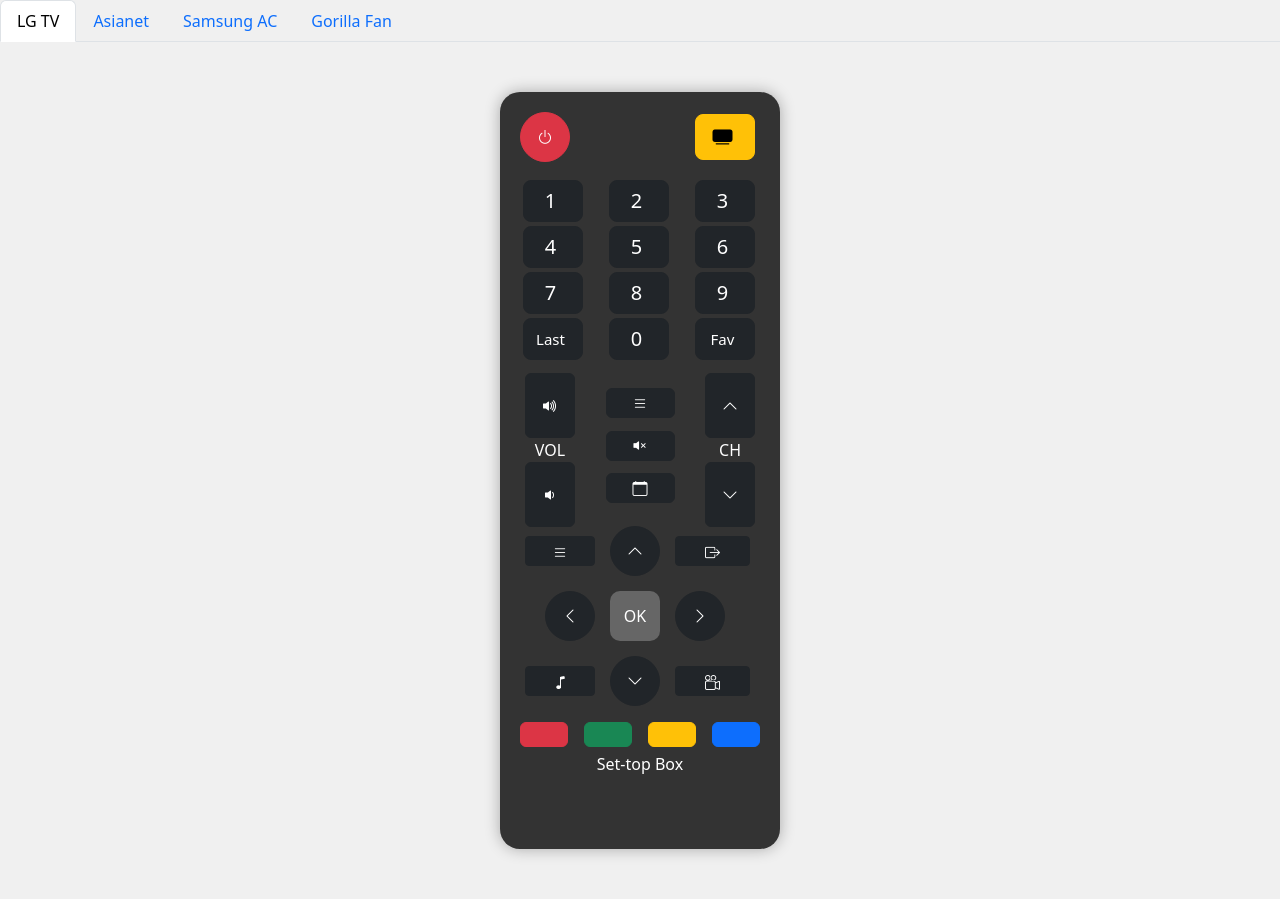
Repository: manumohan/custom-remote
Page: data/index.html
An editor plug-in stored every save of this project. The page is shown before and after the next save, followed by the edit.
The browser window is 1280 px wide. The pictures show the whole page.

Above is the page before, as saved 2024-09-08 21:10:43.

### data/index.html
<!DOCTYPE html>
<html lang="en">

<head>
  <meta charset="UTF-8">
  <meta name="viewport" content="width=device-width, initial-scale=1.0">
  <title>Remote Control</title>
  <link href="https://cdn.jsdelivr.net/npm/bootstrap@5.3.0-alpha1/dist/css/bootstrap.min.css" rel="stylesheet">
  <link href="https://cdn.jsdelivr.net/npm/bootstrap-icons/font/bootstrap-icons.css" rel="stylesheet">
  <style>
    body {
      background-color: #f0f0f0;
      text-align: center;
    }

    .remote-control {
      display: flex;
      flex-direction: column;
      align-items: center;
      background-color: #333;
      padding: 20px;
      border-radius: 20px;
      width: 280px;
      margin: 50px auto;
      box-shadow: 0 0 15px rgba(0, 0, 0, 0.3);
    }

    .btn-lg {
      padding: 5px 5px 5px 0px;
      width: 60px;
      margin: 2px 5px 2px 3px;
    }

    .fnt-15 {
      font-size: 15px;
    }

    .btn-sp4 {
      padding: 0px;
      width: 60px;
      margin: 2px 2px 0px 2px;
      font-size: 11px;
      height: 30px;
    }

    .btn-sp3 {
      padding: 0px 20px;
      width: 69px;
      margin: 10px 2px 0px 2px;
      font-size: 15px;
      height: 30px;
    }

    .btn-sp {
      padding: 0px;
      width: 60px;
      margin: 5px;
      height: 30px;
    }

    .btn-vol {
      padding: 8px;
      width: 70px;
      margin: 3px;
    }

    .btn-nav {
      height: 30px;
      margin: 10px 0 0 0;
      font-size: 15px;
    }

    .btn-icon {
      font-size: 24px;
    }

    .btn-circle {
      border-radius: 50%;
      width: 50px;
      height: 50px;
      display: inline-flex;
      justify-content: center;
      align-items: center;
    }

    .nav-section {
      display: grid;
      grid-template-columns: 50px 50px 50px;
      grid-template-rows: 50px 50px 50px;
      justify-content: center;
      gap: 15px;
      margin-left: 25px;
    }

    .ml20 {
      margin-left: -20px;
    }

    .mr25 {
      margin-right: -25px;
    }

    .ch-vol-sp {
      color: white;
      padding: 5px;
    }

    .nav-section-vol {
      display: grid;
      justify-content: center;
    }

    .btn-ok {
      width: 50px;
      height: 50px;
      border-radius: 10px;
      display: flex;
      justify-content: center;
      align-items: center;
      background-color: #666;
    }

    .color-buttons button {
      width: 20%;
      height: 25px;
    }

    .btn-volume {
      width: 50px;
      margin: -5px 5px -5px 5px;
      height: 65px;
    }
  </style>
</head>

<body>
  <!-- Tab Navigation -->
  <ul class="nav nav-tabs" id="remoteTabs" role="tablist">
    <li class="nav-item" role="presentation">
      <button class="nav-link active" id="remote1-tab" data-bs-toggle="tab" data-bs-target="#remote1" type="button" role="tab" aria-controls="remote1" aria-selected="true">LG TV</button>
    </li>
    <li class="nav-item" role="presentation">
      <button class="nav-link" id="remote2-tab" data-bs-toggle="tab" data-bs-target="#remote2" type="button" role="tab" aria-controls="remote2" aria-selected="false">Asianet</button>
    </li>
    <li class="nav-item" role="presentation">
      <button class="nav-link" id="remote2-tab" data-bs-toggle="tab" data-bs-target="#remote2" type="button" role="tab" aria-controls="remote2" aria-selected="false">Samsung AC</button>
    </li>
    <li class="nav-item" role="presentation">
      <button class="nav-link" id="remote2-tab" data-bs-toggle="tab" data-bs-target="#remote2" type="button" role="tab" aria-controls="remote2" aria-selected="false">Gorilla Fan</button>
    </li>
  </ul>

  <!-- Tab Content -->
  <div class="tab-content" id="remoteTabContent">
    <!-- Remote 1 -->
    <div class="tab-pane fade show active" id="remote1" role="tabpanel" aria-labelledby="remote1-tab">
      <div class="remote-control">
        <!-- Power and Input Buttons -->
        <div class="d-flex justify-content-between w-100 mb-3">
          <button class="btn btn-danger btn-circle" data-bs-toggle="tooltip" data-bs-placement="top" onclick="sendIR('asianet_old', 'power')" title="Power">
            <i class="bi bi-power"></i>
          </button>
          <button class="btn btn-warning btn-lg" data-bs-toggle="tooltip" data-bs-placement="top" onclick="sendIR('lg_tv', 'tv')" title="TV">
            <i class="bi bi-tv-fill"></i>
          </button>
        </div>

        <!-- Number Buttons -->
        <div class="d-flex flex-wrap justify-content-between mb-3">
          <button class="btn btn-dark btn-lg" onclick="sendIR('asianet_old', 'one')">1</button>
          <button class="btn btn-dark btn-lg" onclick="sendIR('asianet_old', 'two')">2</button>
          <button class="btn btn-dark btn-lg" onclick="sendIR('asianet_old', 'three')">3</button>
          <button class="btn btn-dark btn-lg" onclick="sendIR('asianet_old', 'four')">4</button>
          <button class="btn btn-dark btn-lg" onclick="sendIR('asianet_old', 'five')">5</button>
          <button class="btn btn-dark btn-lg" onclick="sendIR('asianet_old', 'six')">6</button>
          <button class="btn btn-dark btn-lg" onclick="sendIR('asianet_old', 'seven')">7</button>
          <button class="btn btn-dark btn-lg" onclick="sendIR('asianet_old', 'eight')">8</button>
          <button class="btn btn-dark btn-lg" onclick="sendIR('asianet_old', 'nine')">9</button>
          <button class="btn btn-dark btn-lg fnt-15" onclick="sendIR('asianet_old', 'last')">Last</button>
          <button class="btn btn-dark btn-lg" onclick="sendIR('asianet_old', 'zero')">0</button>
          <button class="btn btn-dark btn-lg fnt-15" onclick="sendIR('asianet_old', 'fav')">Fav</button>
        </div>

        <!-- Navigation Section with Volume/Channel on sides -->
        <div class="d-flex justify-content-between w-100 mb-1">
          <div class="d-flex flex-column">
            <button class="btn btn-dark btn-volume" onclick="sendIR('asianet_old', 'vol_up')">
              <i class="bi bi-volume-up-fill"></i>
            </button>
            <span class="ch-vol-sp">VOL</span>
            <button class="btn btn-dark btn-volume" onclick="sendIR('asianet_old', 'vol_down')">
              <i class="bi bi-volume-down-fill"></i>
            </button>
          </div>

          <!-- Navigation Section Layout -->
          <div class="nav-section-vol">
            <div class="d-flex flex-wrap justify-content-center mb-3">
              <button class="btn btn-dark btn-sp3" data-bs-toggle="tooltip" data-bs-placement="top" title="Menu" onclick="sendIR('asianet_old', 'menu')">
                <i class="bi bi-list"></i>
              </button>
              <button class="btn btn-dark btn-sp3" data-bs-toggle="tooltip" data-bs-placement="top" title="Mute" onclick="sendIR('asianet_old', 'mute')">
                <i class="bi bi-volume-mute-fill"></i>
              </button>
              <button class="btn btn-dark btn-sp3" data-bs-toggle="tooltip" data-bs-placement="top" title="EPG" onclick="sendIR('asianet_old', 'epg')">
                <i class="bi bi-calendar"></i>
              </button>
            </div>
          </div>

          <div class="d-flex flex-column">
            <button class="btn btn-dark btn-volume" onclick="sendIR('asianet_old', 'ch_up')">
              <i class="bi bi-chevron-up"></i>
            </button>
            <span class="ch-vol-sp">CH</span>
            <button class="btn btn-dark btn-volume" onclick="sendIR('asianet_old', 'ch_down')">
              <i class="bi bi-chevron-down"></i>
            </button>
          </div>
        </div>

        <!-- Navigation Section with Volume/Channel on sides -->
        <div class="d-flex justify-content-between w-100 mb-3">
          <!-- Navigation Section Layout -->
          <div class="nav-section">
            <button class="btn btn-dark btn-sm btn-nav ml20" data-bs-toggle="tooltip" data-bs-placement="top" title="Nav" onclick="sendIR('asianet_old', 'nav')">
              <i class="bi bi-list"></i>
            </button><!-- Empty space in the grid -->
            <button class="btn btn-dark btn-circle" onclick="sendIR('asianet_old', 'nav_up')">
              <i class="bi bi-chevron-up"></i>
            </button>
            <button class="btn btn-dark btn-sm btn-nav mr25" data-bs-toggle="tooltip" data-bs-placement="top" title="Exit" onclick="sendIR('asianet_old', 'exit')">
              <i class="bi bi-box-arrow-right"></i>
            </button><!-- Empty space in the grid -->
            <button class="btn btn-dark btn-circle" onclick="sendIR('asianet_old', 'nav_left')">
              <i class="bi bi-chevron-left"></i>
            </button>
            <button class="btn btn-ok text-white" onclick="sendIR('asianet_old', 'nav_ok')">OK</button>
            <button class="btn btn-dark btn-circle" onclick="sendIR('asianet_old', 'nav_right')">
              <i class="bi bi-chevron-right"></i>
            </button>
            <button class="btn btn-dark btn-sm btn-nav ml20" data-bs-toggle="tooltip" data-bs-placement="top" title="Radio" onclick="sendIR('asianet_old', 'radio')">
              <i class="bi bi-music-note"></i>
            </button><!-- Empty space in the grid -->
            <button class="btn btn-dark btn-circle" onclick="sendIR('asianet_old', 'nav_down')">
              <i class="bi bi-chevron-down"></i>
            </button>
            <button class="btn btn-dark btn-sm btn-nav mr25" data-bs-toggle="tooltip" data-bs-placement="top" title="VOD" onclick="sendIR('asianet_old', 'vod')">
              <i class="bi bi-camera-reels"></i>
            </button>
          </div>
        </div>

        <!-- Color Buttons -->
        <div class="d-flex justify-content-between w-100 color-buttons">
          <button class="btn btn-danger" data-bs-toggle="tooltip" data-bs-placement="top" title="Red" onclick="sendIR('asianet_old', 'red')"></button>
          <button class="btn btn-success" data-bs-toggle="tooltip" data-bs-placement="top" title="Green" onclick="sendIR('asianet_old', 'green')"></button>
          <button class="btn btn-warning" data-bs-toggle="tooltip" data-bs-placement="top" title="Yellow" onclick="sendIR('asianet_old', 'yellow')"></button>
          <button class="btn btn-primary" data-bs-toggle="tooltip" data-bs-placement="top" title="Blue" onclick="sendIR('asianet_old', 'blue')"></button>
        </div>

        <div class="d-flex justify-content-center w-100 mb-5">
          <span class="ch-vol-sp">Set-top Box</span>
        </div>
      </div>

    </div>

    <!-- Remote 2 -->
    <div class="tab-pane fade" id="remote2" role="tabpanel" aria-labelledby="remote2-tab">
      <div class="remote-control">
        <!-- Power and Input Buttons -->
        <div class="d-flex justify-content-between w-100 mb-3">
          <button class="btn btn-danger btn-circle" data-bs-toggle="tooltip" data-bs-placement="top" onclick="sendIR('lg_tv', 'power')" title="Power">
            <i class="bi bi-power"></i>
          </button>
          <button class="btn btn-secondary btn-lg" data-bs-toggle="tooltip" data-bs-placement="top" onclick="sendIR('lg_tv', 'tv')" title="TV">
            <i class="bi bi-tv-fill"></i>
          </button>
        </div>

        <div class="d-flex justify-content-between w-100 mb-2">
          <button class="btn btn-dark btn-sp4" onclick="sendIR('lg_tv', 'option')">OPTION</button>
          <button class="btn btn-dark btn-sp4" onclick="sendIR('lg_tv', 'avmode')">AV MODE</button>
          <button class="btn btn-dark btn-sp4" onclick="sendIR('lg_tv', 'ratio')">RATIO</button>
          <button class="btn btn-dark btn-sp4" onclick="sendIR('lg_tv', 'input')">INPUT</button>
        </div>

        <!-- Number Buttons -->
        <div class="d-flex flex-wrap justify-content-between mb-2">
          <button class="btn btn-dark btn-lg" onclick="sendIR('lg_tv', 'one')">1</button>
          <button class="btn btn-dark btn-lg" onclick="sendIR('lg_tv', 'two')">2</button>
          <button class="btn btn-dark btn-lg" onclick="sendIR('lg_tv', 'three')">3</button>
          <button class="btn btn-dark btn-lg" onclick="sendIR('lg_tv', 'four')">4</button>
          <button class="btn btn-dark btn-lg" onclick="sendIR('lg_tv', 'five')">5</button>
          <button class="btn btn-dark btn-lg" onclick="sendIR('lg_tv', 'six')">6</button>
          <button class="btn btn-dark btn-lg" onclick="sendIR('lg_tv', 'seven')">7</button>
          <button class="btn btn-dark btn-lg" onclick="sendIR('lg_tv', 'eight')">8</button>
          <button class="btn btn-dark btn-lg" onclick="sendIR('lg_tv', 'nine')">9</button>
          <button class="btn btn-dark btn-lg fnt-15" onclick="sendIR('lg_tv', 'list')">LIST</button>
          <button class="btn btn-dark btn-lg" onclick="sendIR('lg_tv', 'zero')">0</button>
          <button class="btn btn-dark btn-lg fnt-15" onclick="sendIR('lg_tv', 'view')">VIEW</button>
        </div>

        <!-- Navigation Section with Volume/Channel on sides -->
        <div class="d-flex justify-content-between w-100 mb-1">
          <div class="d-flex flex-column">
            <button class="btn btn-dark btn-volume" onclick="sendIR('lg_tv', 'vol_up')">
              <i class="bi bi-volume-up-fill"></i>
            </button>
            <span class="ch-vol-sp">VOL</span>
            <button class="btn btn-dark btn-volume" onclick="sendIR('lg_tv', 'vol_down')">
              <i class="bi bi-volume-down-fill"></i>
            </button>
          </div>

          <!-- Navigation Section Layout -->
          <div class="nav-section-vol">
            <div class="d-flex flex-wrap justify-content-center mb-2">
              <button class="btn btn-dark btn-sp3" data-bs-toggle="tooltip" data-bs-placement="top" title="Favorite" onclick="sendIR('lg_tv', 'fav')">
                <i class="bi bi-star"></i>
              </button>
              <button class="btn btn-dark btn-sp3" data-bs-toggle="tooltip" data-bs-placement="top" title="Guide" onclick="sendIR('lg_tv', 'guide')">
                <i class="bi bi-book"></i>
              </button>
              <button class="btn btn-dark btn-sp3" data-bs-toggle="tooltip" data-bs-placement="top" title="Mute" onclick="sendIR('lg_tv', 'mute')">
                <i class="bi bi-volume-mute-fill"></i>
              </button>
            </div>
          </div>

          <div class="d-flex flex-column">
            <button class="btn btn-dark btn-volume" onclick="sendIR('lg_tv', 'ch_up')">
              <i class="bi bi-chevron-up"></i>
            </button>
            <span class="ch-vol-sp">CH</span>
            <button class="btn btn-dark btn-volume" onclick="sendIR('lg_tv', 'ch_down')">
              <i class="bi bi-chevron-down"></i>
            </button>
          </div>
        </div>

        <div class="d-flex justify-content-between w-100 mb-2">
          <button class="btn btn-dark btn-sp" data-bs-toggle="tooltip" data-bs-placement="top" title="Time" onclick="sendIR('lg_tv', 'time')">
            <i class="bi bi-clock-fill"></i>
          </button>
          <button class="btn btn-dark btn-sp" data-bs-toggle="tooltip" data-bs-placement="top" title="Reveal" onclick="sendIR('lg_tv', 'reveal')">
            <i class="bi bi-eye-fill"></i>
          </button>
          <button class="btn btn-dark btn-sp" data-bs-toggle="tooltip" data-bs-placement="top" title="Update" onclick="sendIR('lg_tv', 'update')">
            <i class="bi bi-arrow-clockwise"></i>
          </button>
        </div>

        <!-- Navigation Section with Volume/Channel on sides -->
        <div class="d-flex justify-content-between w-100 mb-2">
          <!-- Navigation Section Layout -->
          <div class="nav-section">
            <button class="btn btn-dark btn-sm btn-nav ml20" data-bs-toggle="tooltip" data-bs-placement="top" title="Settings" onclick="sendIR('lg_tv', 'setting')">
              <i class="bi bi-gear"></i>
            </button><!-- Empty space in the grid -->
            <button class="btn btn-dark btn-circle" onclick="sendIR('lg_tv', 'nav_up')">
              <i class="bi bi-chevron-up"></i>
            </button>
            <button class="btn btn-dark btn-sm btn-nav mr25" data-bs-toggle="tooltip" data-bs-placement="top" title="Hold" onclick="sendIR('lg_tv', 'hold')">
              <i class="bi bi-hand-index"></i>
            </button><!-- Empty space in the grid -->
            <button class="btn btn-dark btn-circle" onclick="sendIR('lg_tv', 'nav_left')">
              <i class="bi bi-chevron-left"></i>
            </button>
            <button class="btn btn-ok text-white" onclick="sendIR('lg_tv', 'nav_ok')">OK</button>
            <button class="btn btn-dark btn-circle" onclick="sendIR('lg_tv', 'nav_right')">
              <i class="bi bi-chevron-right"></i>
            </button>
            <button class="btn btn-dark btn-sm btn-nav ml20" data-bs-toggle="tooltip" data-bs-placement="top" title="Back" onclick="sendIR('lg_tv', 'back')">
              <i class="bi bi-arrow-left"></i>
            </button><!-- Empty space in the grid -->
            <button class="btn btn-dark btn-circle" onclick="sendIR('lg_tv', 'nav_down')">
              <i class="bi bi-chevron-down"></i>
            </button>
            <button class="btn btn-dark btn-sm btn-nav mr25" data-bs-toggle="tooltip" data-bs-placement="top" title="Exit" onclick="sendIR('lg_tv', 'exit')">
              <i class="bi bi-box-arrow-right"></i>
            </button>
          </div>
        </div>

        <!-- Playback Buttons with Icons -->
        <div class="d-flex justify-content-between w-100 mb-2">
          <button class="btn btn-dark btn-sp" data-bs-toggle="tooltip" data-bs-placement="top" title="Text" onclick="sendIR('lg_tv', 'text')">
            <i class="bi bi-chat-left-text"></i>
          </button>
          <button class="btn btn-dark btn-sp" data-bs-toggle="tooltip" data-bs-placement="top" title="Index" onclick="sendIR('lg_tv', 'index')">
            <i class="bi bi-list"></i>
          </button>
          <button class="btn btn-dark btn-sp" data-bs-toggle="tooltip" data-bs-placement="top" title="Stop" onclick="sendIR('lg_tv', 'stop')">
            <i class="bi bi-stop-fill"></i>
          </button>
        </div>

        <!-- Playback Buttons with Icons -->
        <div class="d-flex justify-content-between w-100 mb-2">
          <button class="btn btn-dark btn-sp" onclick="sendIR('lg_tv', 'play_bk')">
            <i class="bi bi-skip-backward-fill"></i>
          </button>
          <button class="btn btn-dark btn-sp" onclick="sendIR('lg_tv', 'play')">
            <i class="bi bi-play-fill"></i>
          </button>
          <button class="btn btn-dark btn-sp" onclick="sendIR('lg_tv', 'pause')">
            <i class="bi bi-pause-fill"></i>
          </button>
          <button class="btn btn-dark btn-sp" onclick="sendIR('lg_tv', 'play_fwd')">
            <i class="bi bi-skip-forward-fill"></i>
          </button>
        </div>

        <!-- Color Buttons -->
        <div class="d-flex justify-content-between w-100 color-buttons">
          <button class="btn btn-danger" data-bs-toggle="tooltip" data-bs-placement="top" title="Red" onclick="sendIR('lg_tv', 'red')"></button>
          <button class="btn btn-success" data-bs-toggle="tooltip" data-bs-placement="top" title="Green" onclick="sendIR('lg_tv', 'green')"></button>
          <button class="btn btn-warning" data-bs-toggle="tooltip" data-bs-placement="top" title="Yellow" onclick="sendIR('lg_tv', 'yellow')"></button>
          <button class="btn btn-primary" data-bs-toggle="tooltip" data-bs-placement="top" title="Blue" onclick="sendIR('lg_tv', 'blue')"></button>
        </div>

        <div class="d-flex justify-content-center w-100 mb-5">
          <span class="ch-vol-sp">Paru & Chakku</span>
        </div>
      </div>

    </div>

    <!-- Remote 3 -->
    <div class="tab-pane fade" id="remote3" role="tabpanel" aria-labelledby="remote3-tab">


    </div>

    <!-- Remote 4 -->
    <div class="tab-pane fade" id="remote4" role="tabpanel" aria-labelledby="remote4-tab">

    </div>
  </div>

  <script src="https://cdn.jsdelivr.net/npm/bootstrap@5.3.0-alpha1/dist/js/bootstrap.bundle.min.js"></script>
  <script>
    // Initialize tooltips
    var tooltipTriggerList = [].slice.call(document.querySelectorAll('[data-bs-toggle="tooltip"]'));
    var tooltipList = tooltipTriggerList.map(function (tooltipTriggerEl) {
      return new bootstrap.Tooltip(tooltipTriggerEl);
    });
  </script>
   <script>
    function sendIR(device, action) {
        if (irCodes[device] && irCodes[device][action]) {
            const irCode = irCodes[device][action];
            fetch(`/send_ir?device=${device}&action=${action}`)
                .then(response => response.text())
                .then(result => console.log(`IR signal sent: ${action}, IR Code: ${irCode}`))
                .catch(error => console.error('Error:', error));
        } else {
            console.error('Invalid device or action');
        }
    }
</script>
</body>

</html>

After the next save:
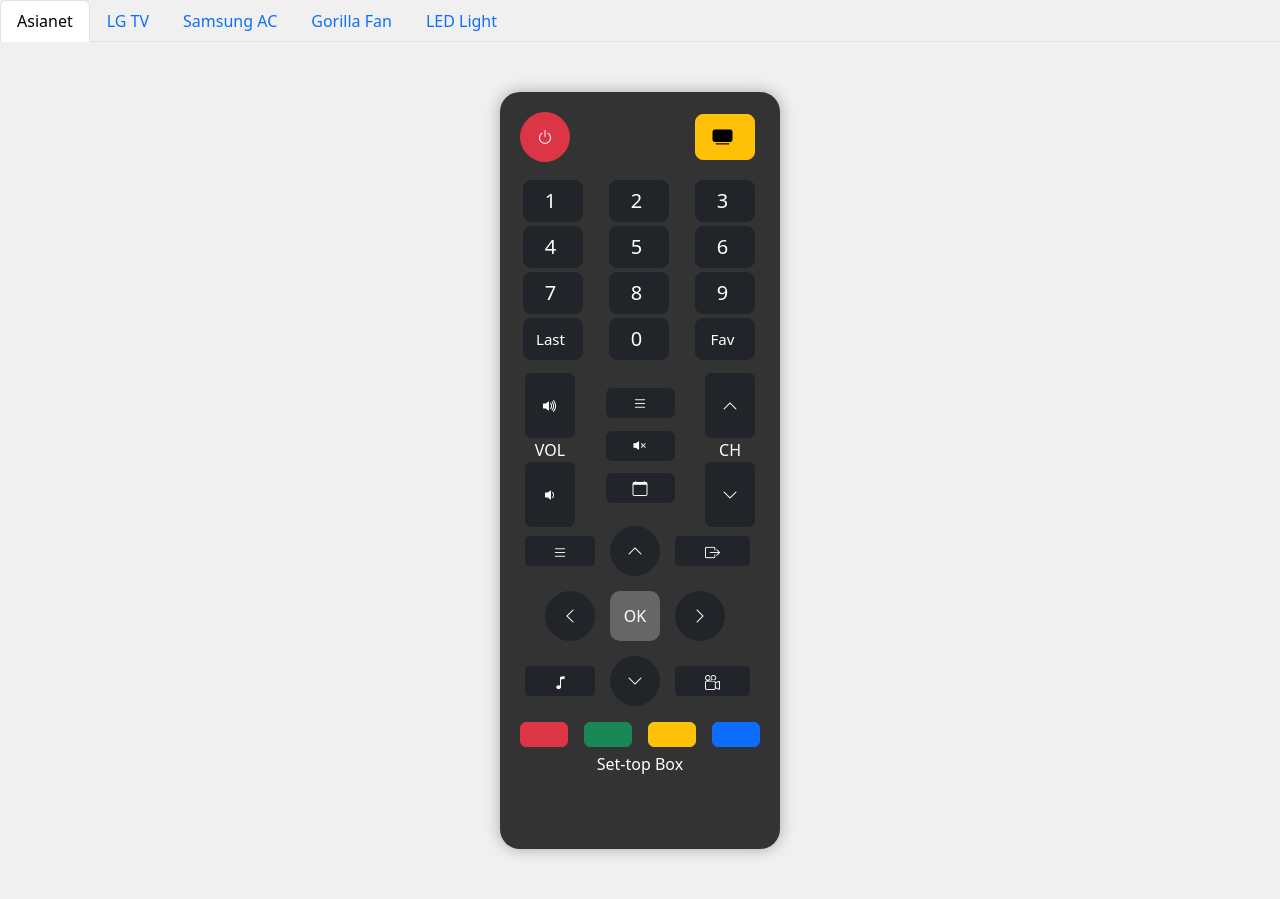
Saved 80 s later.
--- a/data/index.html
+++ b/data/index.html
@@ -137,16 +137,19 @@
   <!-- Tab Navigation -->
   <ul class="nav nav-tabs" id="remoteTabs" role="tablist">
     <li class="nav-item" role="presentation">
-      <button class="nav-link active" id="remote1-tab" data-bs-toggle="tab" data-bs-target="#remote1" type="button" role="tab" aria-controls="remote1" aria-selected="true">LG TV</button>
+      <button class="nav-link active" id="remote1-tab" data-bs-toggle="tab" data-bs-target="#remote1" type="button" role="tab" aria-controls="remote1" aria-selected="true">Asianet</button>
     </li>
     <li class="nav-item" role="presentation">
-      <button class="nav-link" id="remote2-tab" data-bs-toggle="tab" data-bs-target="#remote2" type="button" role="tab" aria-controls="remote2" aria-selected="false">Asianet</button>
+      <button class="nav-link" id="remote2-tab" data-bs-toggle="tab" data-bs-target="#remote2" type="button" role="tab" aria-controls="remote2" aria-selected="false">LG TV</button>
     </li>
     <li class="nav-item" role="presentation">
-      <button class="nav-link" id="remote2-tab" data-bs-toggle="tab" data-bs-target="#remote2" type="button" role="tab" aria-controls="remote2" aria-selected="false">Samsung AC</button>
+      <button class="nav-link" id="remote3-tab" data-bs-toggle="tab" data-bs-target="#remote3" type="button" role="tab" aria-controls="remote3" aria-selected="false">Samsung AC</button>
     </li>
     <li class="nav-item" role="presentation">
-      <button class="nav-link" id="remote2-tab" data-bs-toggle="tab" data-bs-target="#remote2" type="button" role="tab" aria-controls="remote2" aria-selected="false">Gorilla Fan</button>
+      <button class="nav-link" id="remote4-tab" data-bs-toggle="tab" data-bs-target="#remote4" type="button" role="tab" aria-controls="remote4" aria-selected="false">Gorilla Fan</button>
+    </li>
+    <li class="nav-item" role="presentation">
+      <button class="nav-link" id="remote4-tab" data-bs-toggle="tab" data-bs-target="#remote4" type="button" role="tab" aria-controls="remote4" aria-selected="false">LED Light</button>
     </li>
   </ul>
 
